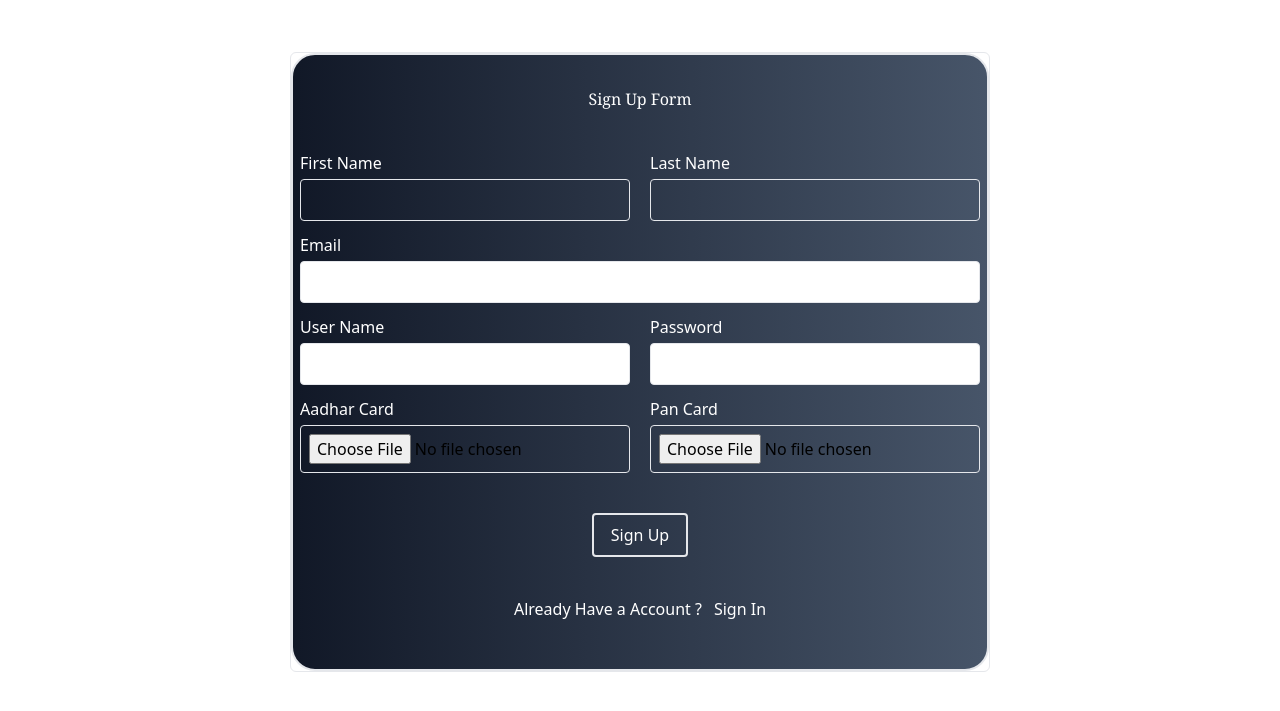
Repository: OmkarTidke8080/Assessment
Page: /sign-in (app in frontend/)
An editor plug-in stored every save of this project. The page is shown before and after the next save, followed by the edit.
The browser window is 1280 px wide. The pictures show the whole page.
The project was rebuilt for these pictures with package versions that can differ from the ones it lists, and the page was loaded fresh each time. Also part of the build but not shown: frontend/vite.config.js, frontend/src/components/HomePage.jsx.

Above is the page before, as saved 2024-10-19 18:52:10.

After the next save:
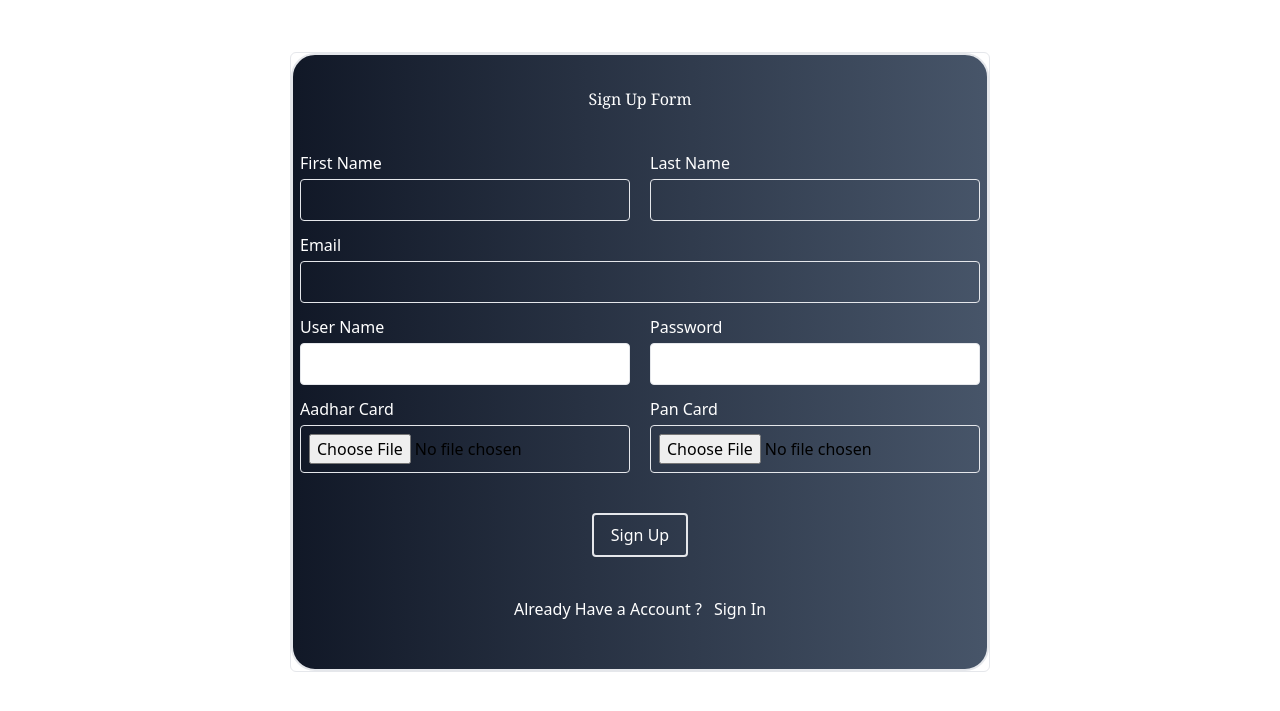
Saved 11 s later.
--- a/frontend/src/components/SignUp.jsx
+++ b/frontend/src/components/SignUp.jsx
@@ -44,7 +44,7 @@ function SignUp() {
                     <input
                       type="text"
                       id="email"
-                      className="text-black w-full flex border rounded p-2"
+                      className="text-black bg-inherit w-full flex border rounded p-2"
                       required
                     />
                   </div>
